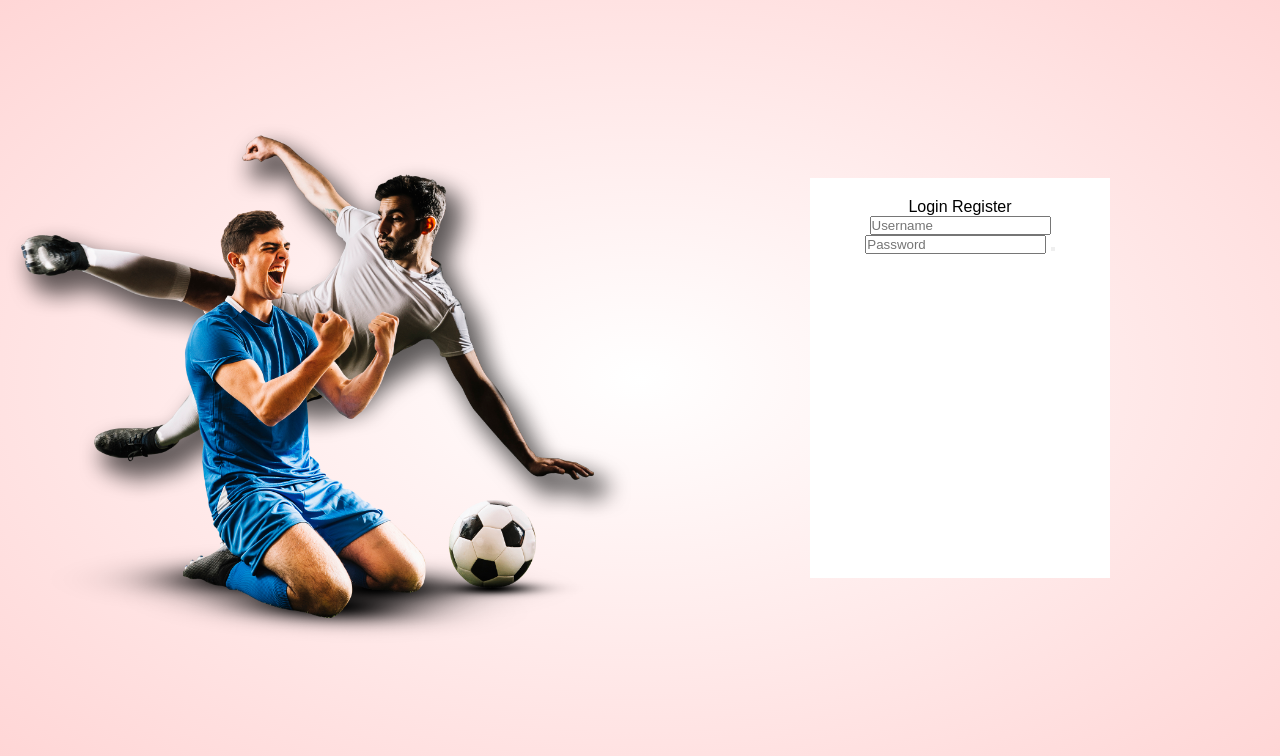
Repository: ritikalohia/tepid-frontend
Page: account.html
These files come from the project's save history. The page is drawn as it stood at one moment and after the next save; the edit follows.
The browser window is 1280 px wide. The pictures show the whole page.

Above is the page before, as saved 2021-06-09 12:24:24.

After the next save:
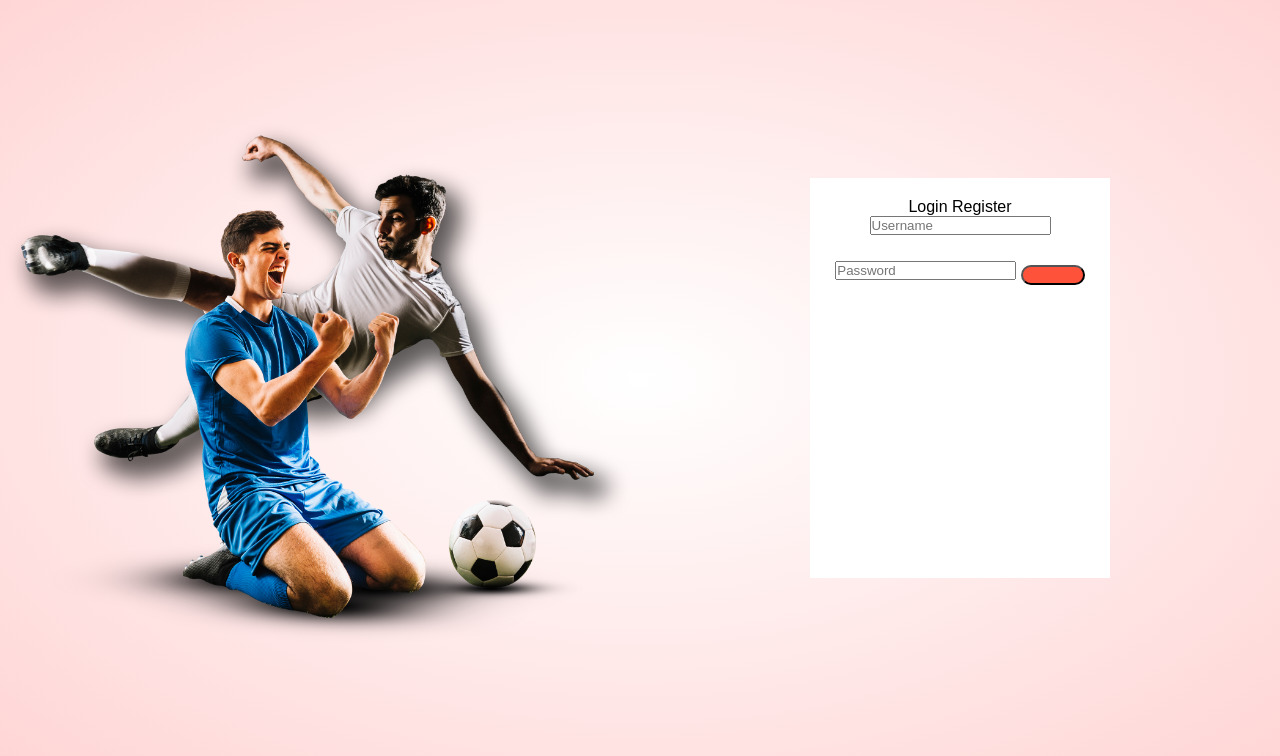
Saved 5 s later.
--- a/account.html
+++ b/account.html
@@ -23,7 +23,7 @@
                     <form>
                         <input type="text" placeholder="Username">
                         <input type="password" placeholder="Password">
-                        <button type="submit"></button>
+                        <button type="submit" class="btn"></button>
                     </form>
                 </div>
             </div>
